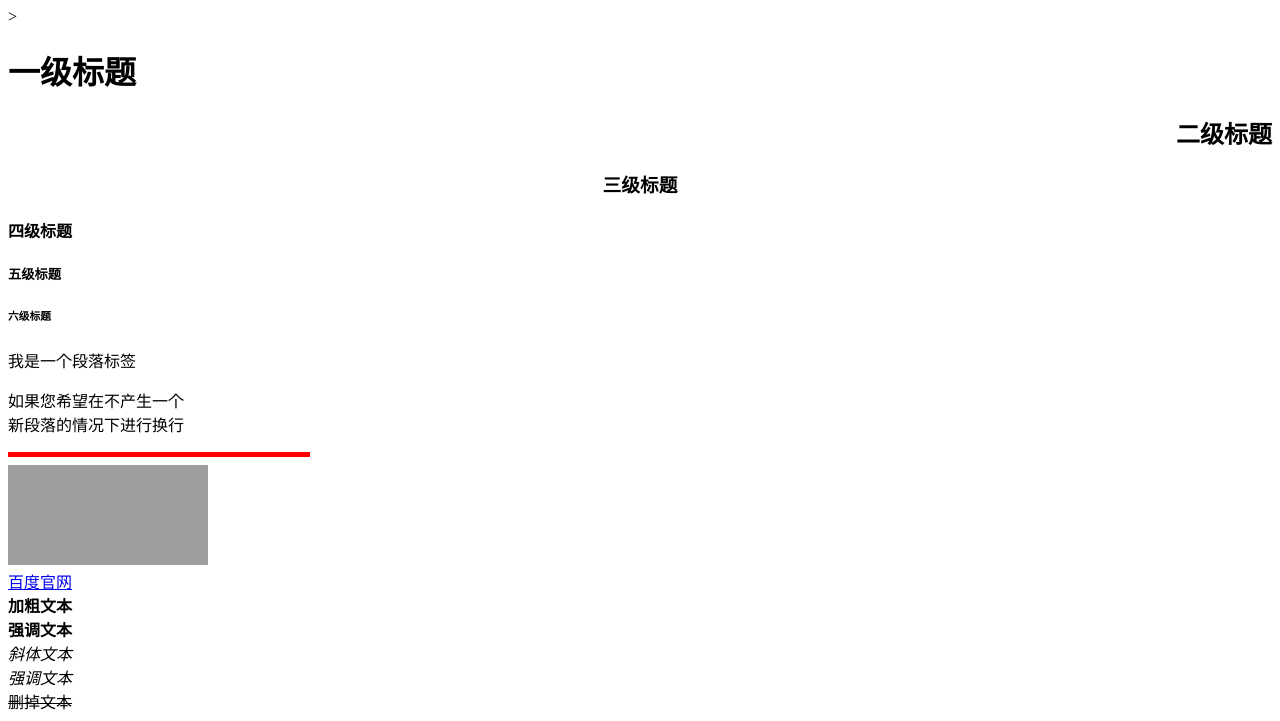
Repository: yuanliumaker/html-css-js
Page: hello.html
The author's editor kept a copy of each file at every save. The page is drawn from the files as they stood at one save, then again after the next save.
The browser window is 1280 px wide. The pictures show the whole page.
Pictures or frames that could not be fetched are drawn as grey boxes.

Above is the page before, as saved 2025-08-28 19:48:00.

After the next save:
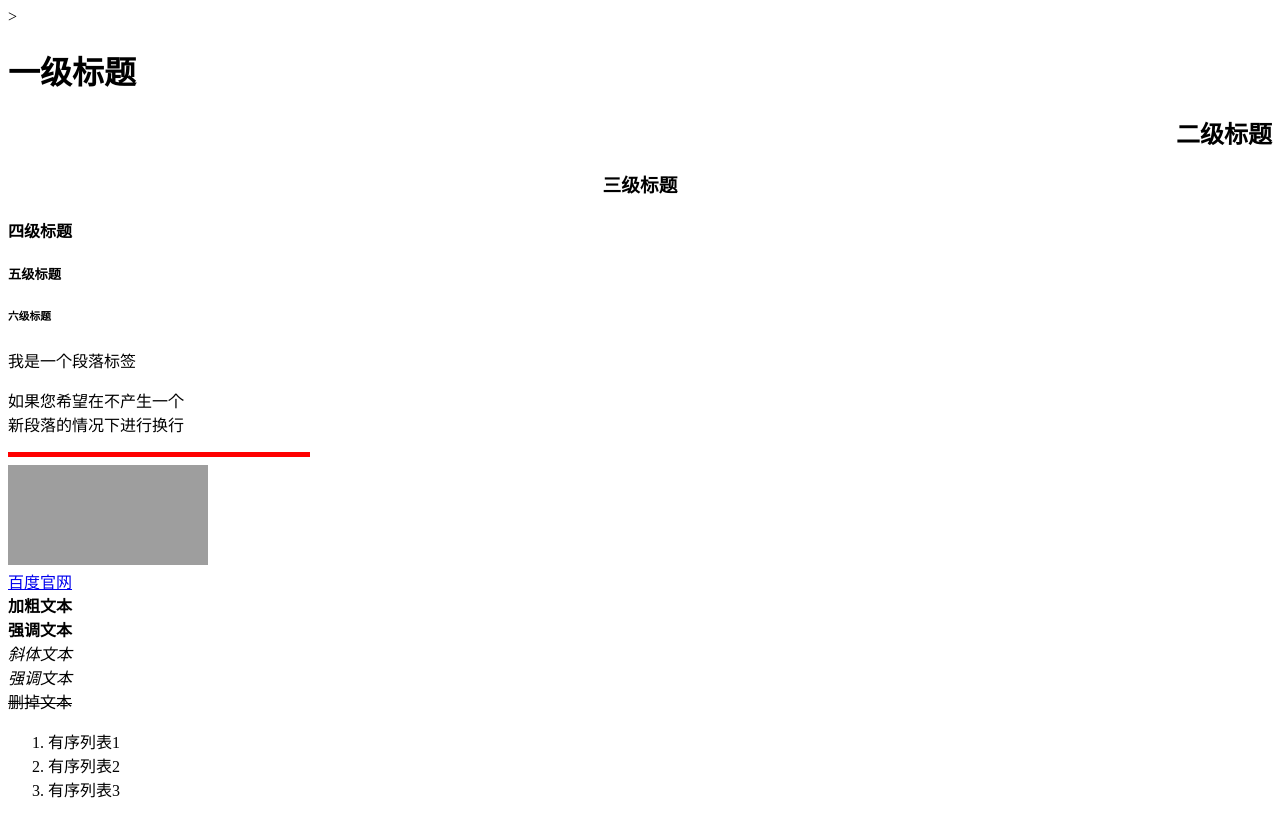
Saved 5 min 53 s later.
--- a/hello.html
+++ b/hello.html
@@ -33,5 +33,11 @@
         <i>斜体文本</i><br>
         <em>强调文本</em><br>
         <del>删掉文本</del><br>
+    <!--列表:外面用ol包裹，每一条用li-->
+    <ol>
+        <li>有序列表1</li>
+        <li>有序列表2</li>
+        <li>有序列表3</li>
+    </ol>
 </body>
 </html>
